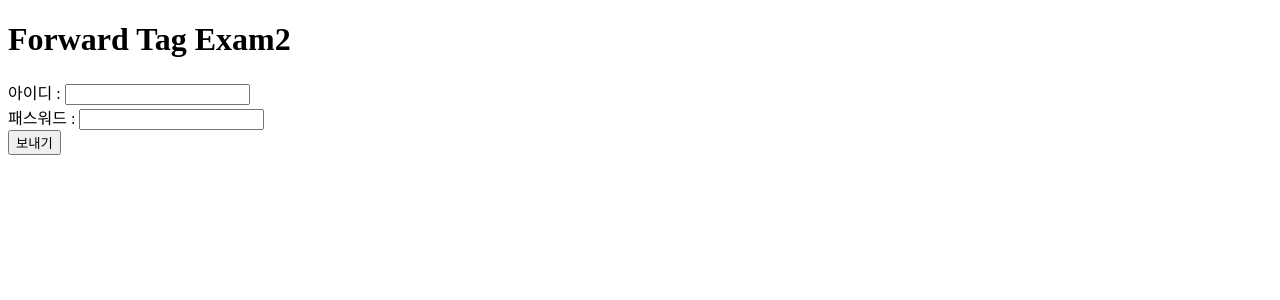
Repository: kimwoongasd/JSPAndServlet
Page: day1221/src/main/webapp/16_forwardTag2.html
An editor plug-in stored every save of this project. The page is shown before and after the next save, followed by the edit.
The browser window is 1280 px wide. The pictures show the whole page.

Above is the page before, as saved 2023-12-21 03:17:21.

After the next save:
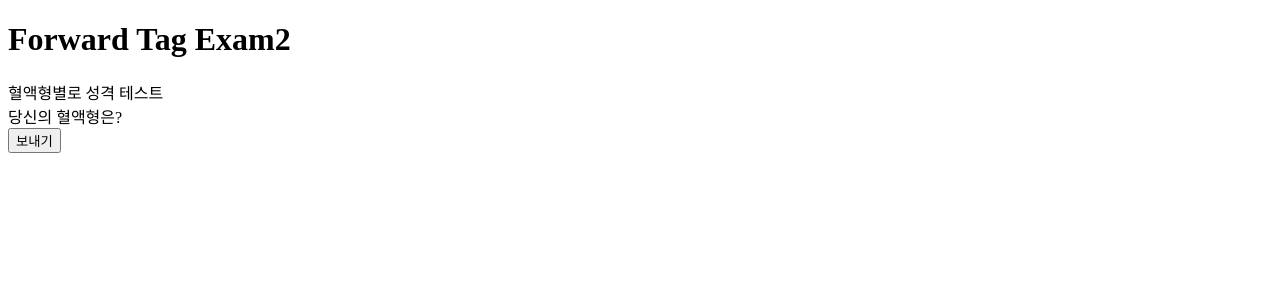
Saved 62 s later.
--- a/day1221/src/main/webapp/16_forwardTag2.html
+++ b/day1221/src/main/webapp/16_forwardTag2.html
@@ -7,8 +7,8 @@
 <body>
 	<h1>Forward Tag Exam2</h1>
 	<form method="post" action="forwardTag2_1.jsp">
-		아이디 : <input type="text" name="id"><br>
-		패스워드 : <input type="password" name="pwd"><br>
+		혈액형별로 성격 테스트<br>
+		당신의 혈액형은?<br>
 		<input type="submit" value="보내기">
 	</form>
 </body>
